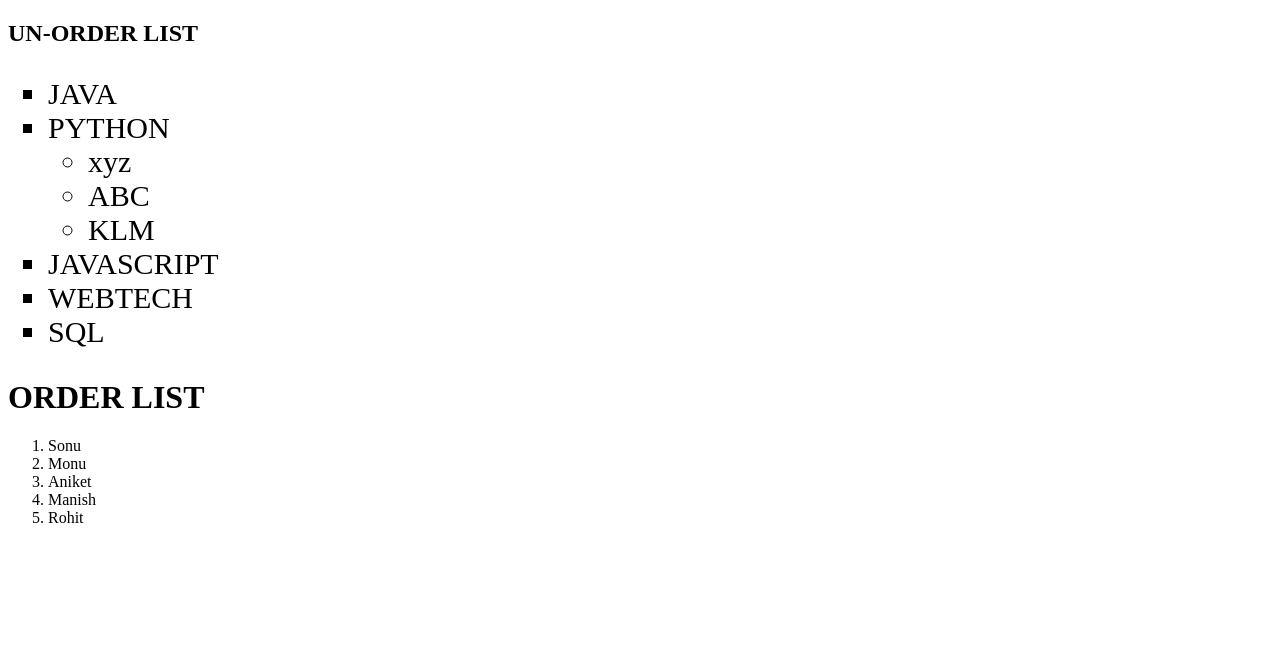
Repository: Rohit-sharma9838/myself
Page: Qspider/list.html
The author's editor kept a copy of each file at every save. The page is drawn from the files as they stood at one save, then again after the next save.
The browser window is 1280 px wide. The pictures show the whole page.

Above is the page before, as saved 2025-08-16 17:40:23.

### Qspider/list.html
<!DOCTYPE html>
<html lang="en">
<head>
    <meta charset="UTF-8">
    <meta name="viewport" content="width=device-width, initial-scale=1.0">
    <title>Document</title>
</head>
<body>
    <h2>UN-ORDER LIST</h2>
    <ul type="square" style="font-size: 30px;">
        <li>JAVA</li>
        <li>PYTHON</li>
        <ul>
            <li>xyz</li>
            <li>ABC</li>
            <li>KLM</li>
        </ul>
        <li>JAVASCRIPT</li>
        <li>WEBTECH</li>
        <li>SQL</li>
    </ul>
    <h1>ORDER LIST</h1>
    <ol>
        <li>Sonu</li>
        <li>Monu</li>
        <li>Aniket</li>
        <li>Manish</li>
        <li>Rohit</li>
    </ol>
</body>
</html>

After the next save:
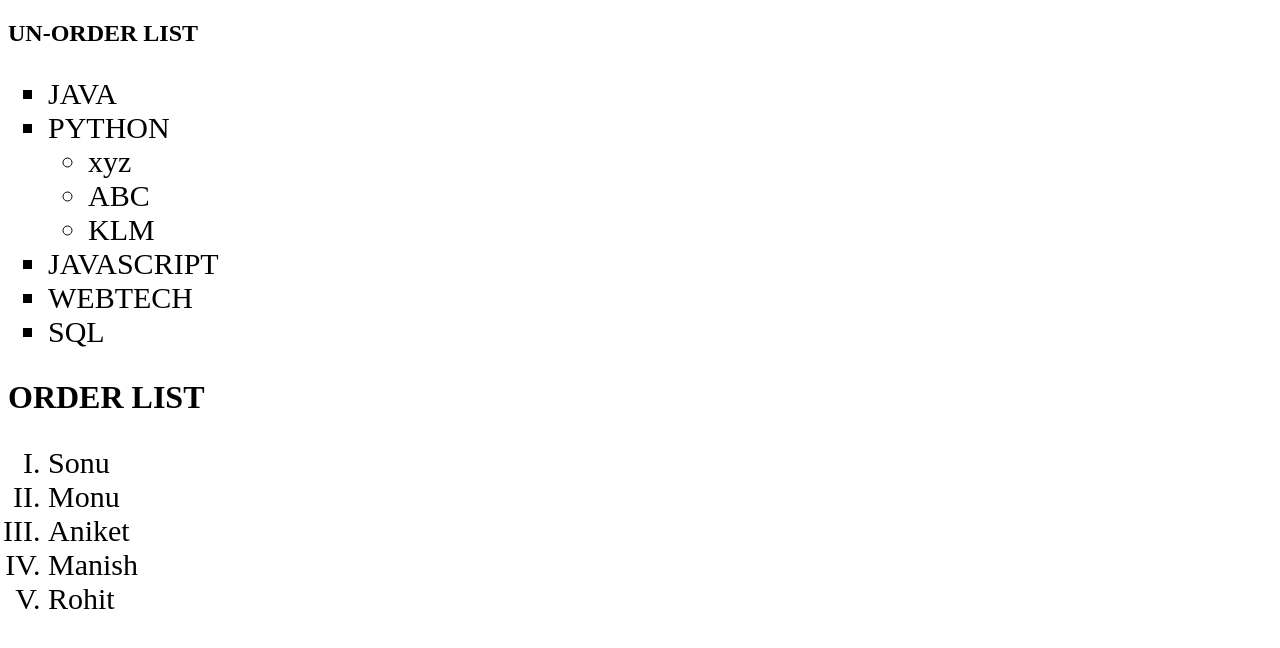
Saved 44 s later.
--- a/Qspider/list.html
+++ b/Qspider/list.html
@@ -20,7 +20,7 @@
         <li>SQL</li>
     </ul>
     <h1>ORDER LIST</h1>
-    <ol>
+    <ol type="I" style="font-size: 30px;">
         <li>Sonu</li>
         <li>Monu</li>
         <li>Aniket</li>
